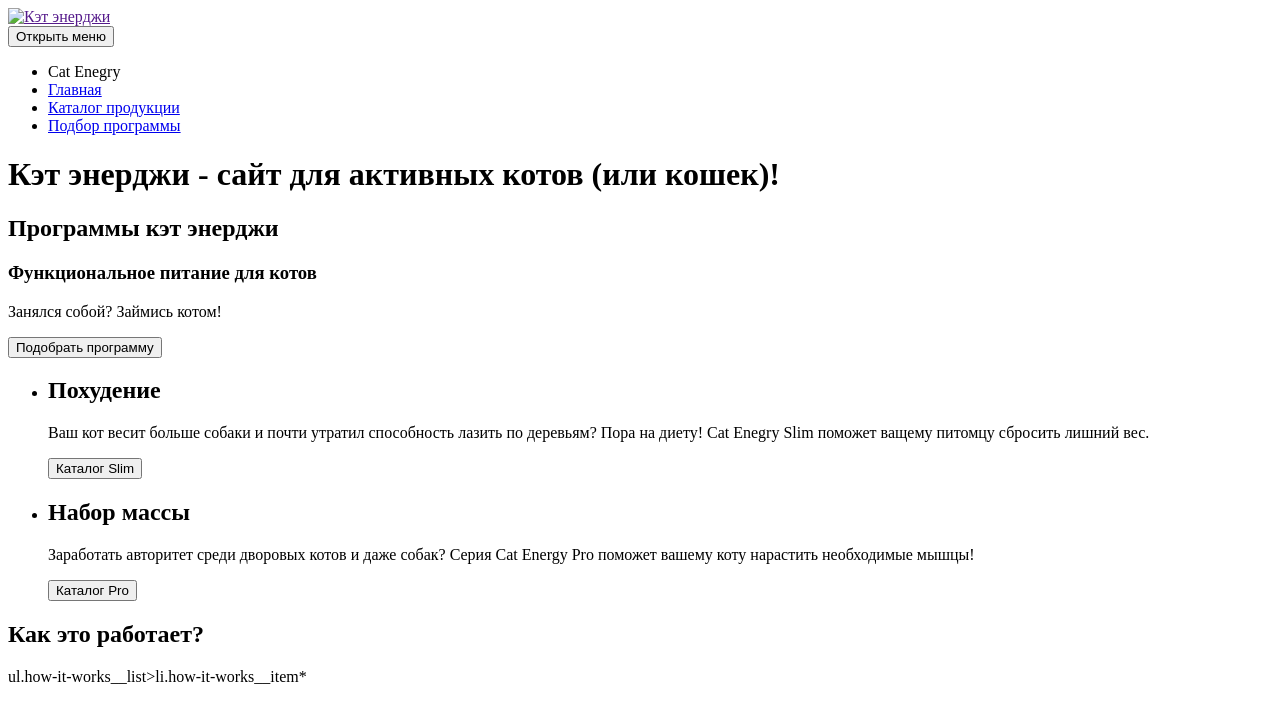
Repository: infernotw/1054987-cat-energy-17
Page: source/index.html
An editor plug-in stored every save of this project. The page is shown before and after the next save, followed by the edit.
The browser window is 1280 px wide. The pictures show the whole page.

Above is the page before, as saved 2019-07-17 04:19:48.

After the next save:
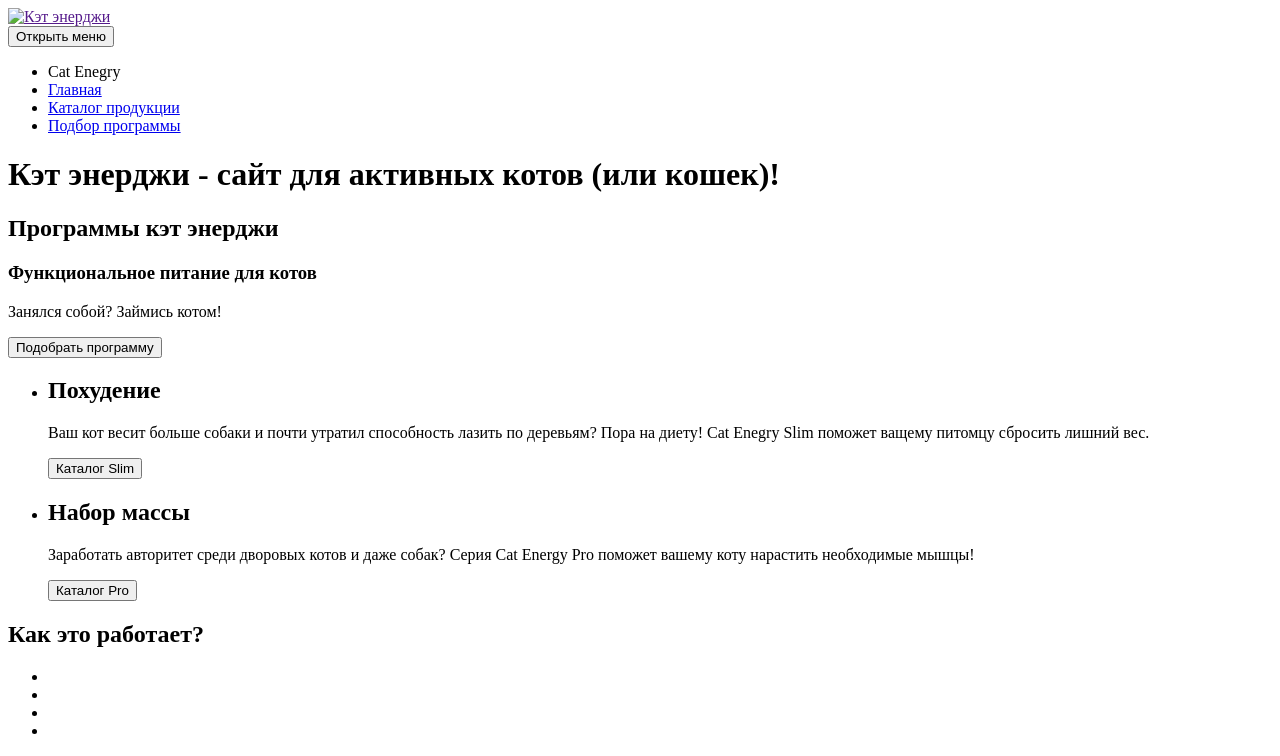
Saved 12 s later.
--- a/source/index.html
+++ b/source/index.html
@@ -61,7 +61,12 @@
     </section>
     <section class="how-it-works">
       <h2 class="how-it-works__title">Как это работает?</h2>
-      ul.how-it-works__list>li.how-it-works__item*
+      <ul class="how-it-works__list">
+        <li class="how-it-works__item"></li>
+        <li class="how-it-works__item"></li>
+        <li class="how-it-works__item"></li>
+        <li class="how-it-works__item"></li>
+      </ul>
 
 
     </section>
